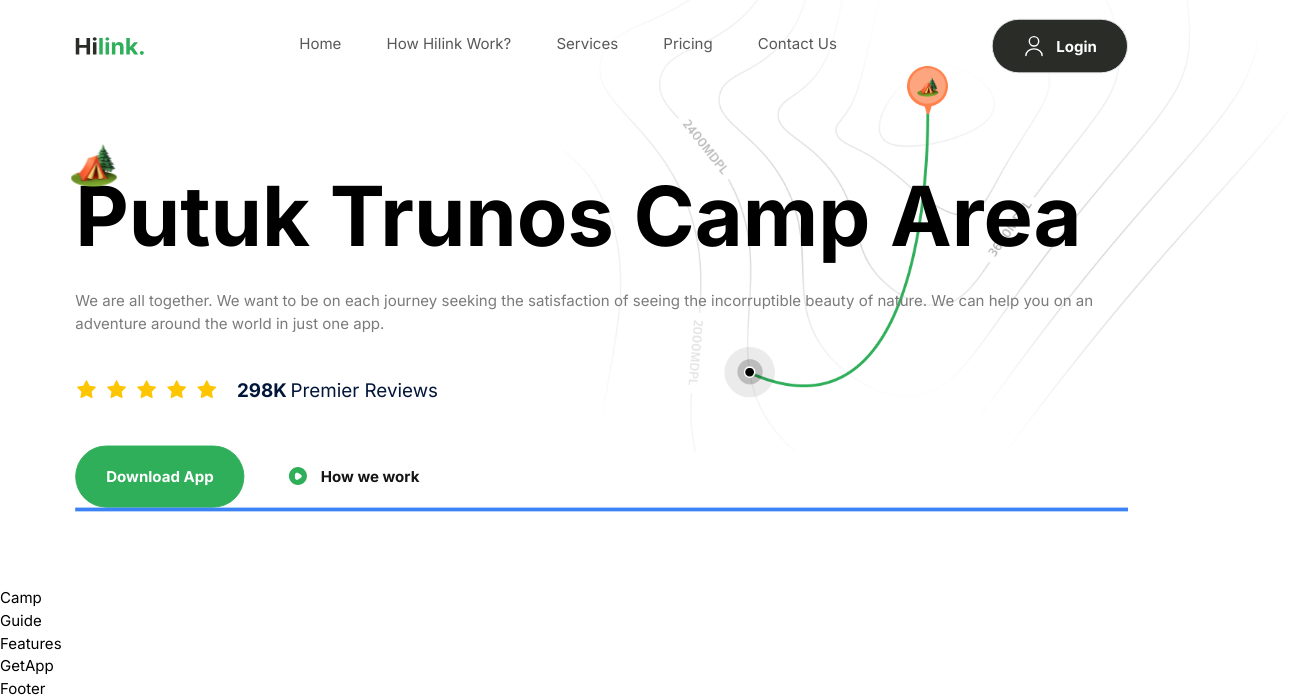
Repository: SouthpawC0der/Modern-reactsite
Page: /
An editor plug-in stored every save of this project. The page is shown before and after the next save, followed by the edit.
The browser window is 1280 px wide. The page is 1392 px wide, so the pictures cover 1392 px, including what lies to the right of the window. The pictures show the whole page, at 94% of full size.
The project was rebuilt for these pictures with package versions that can differ from the ones it lists, and the page was loaded fresh each time. The framework's server and built-in components were replaced by stand-ins that run in the browser. Also part of the build but not shown: next.config.ts.

Above is the page before, as saved 2025-01-30 11:41:18.

### app/layout.tsx
import type { Metadata } from "next";
import "./globals.css";
import Navbar from "@/components/Navbar";
import Footer from "@/components/Footer";

export default function RootLayout({
  children,
}: Readonly<{
  children: React.ReactNode;
}>) {
  return (
    <html lang="en">
      <body>
        <Navbar />
        <main className="relative-overflow-hidden">
        {children}
        </main>
        <Footer />
      </body>
    </html>
  );
}

### app/page.tsx
import Camp from "@/components/Camp";
import Features from "@/components/Features";
import GetApp from "@/components/GetApp";
import Guide from "@/components/Guide";
import Hero from "@/components/Hero";


export default function Home() {
  return (
    <>
    <Hero />
    <Camp />
    <Guide />
    <Features />
    <GetApp />
    </>
  );
}

### app/globals.css

@import url('https://fonts.googleapis.com/css2?family=Inter:wght@400;500;600;700;800&display=swap');

@tailwind base;
@tailwind components;
@tailwind utilities;

* {
  margin: 0;
  padding: 0;
  box-sizing: border-box;
}

body {
  font-family: Inter;
}

@layer utilities {
  .btn_white {
    @apply  border-white bg-white px-8 py-3 text-green-50
  }
  .btn_white_text  {
    @apply  border-white bg-white px-8 py-3 text-gray-90
  }
  .btn_green  {
    @apply  border-green-50 bg-green-50 px-8 py-5 text-white
  }
  .btn_dark_green {
    @apply  bg-green-90 px-8 py-4 text-white transition-all hover:bg-black
  }
  .btn_dark_green_outline  {
    @apply border-gray-20 bg-green-90 px-8 py-5 text-white
  }

  .max-container {
    @apply mx-auto max-w-[1440px];
  }

  .padding-container {
    @apply px-6 lg:px-20 3xl:px-0;
  }

  .flexCenter {
    @apply flex items-center justify-center;
  }

  .flexBetween {
    @apply flex items-center justify-between;
  }

  .flexStart {
    @apply flex items-center justify-start;
  }

  .flexEnd {
    @apply flex items-center justify-end;
  }

  /* FONTS */
  .regular-64 {
    @apply text-[64px] font-[400] leading-[120%];
  }

  .regular-40 {
    @apply text-[40px] font-[400] leading-[120%];
  }

  .regular-32 {
    @apply text-[32px] font-[400];
  }

  .regular-24 {
    @apply text-[24px] font-[400];
  }

  .regular-20 {
    @apply text-[20px] font-[400];
  }

  .regular-18 {
    @apply text-[18px] font-[400];
  }

  .regular-16 {
    @apply text-[16px] font-[400];
  }

  .regular-14 {
    @apply text-[14px] font-[400];
  }

  .medium-14 {
    @apply text-[14px] font-[600];
  }

  .bold-88 {
    @apply text-[88px] font-[700] leading-[120%];
  }

  .bold-64 {
    @apply text-[64px] font-[700] leading-[120%];
  }

  .bold-52 {
    @apply text-[52px] font-[700] leading-[120%];
  }

  .bold-40 {
    @apply text-[40px] font-[700] leading-[120%];
  }

  .bold-32 {
    @apply text-[32px] font-[700] leading-[120%];
  }

  .bold-20 {
    @apply text-[20px] font-[700];
  }

  .bold-18 {
    @apply text-[18px] font-[700];
  }

  .bold-16 {
    @apply text-[16px] font-[700];
  }

  /* Hero */
  .hero-map {
    @apply absolute right-0 top-0 h-screen w-screen bg-pattern-2 bg-cover bg-center md:-right-28 xl:-top-60;
  }

  /* Camp */
  .camp-quote {
    @apply absolute -right-6 bottom-4 w-[140px] lg:bottom-10 xl:-right-8 xl:w-[186px] 3xl:right-0;
  }

  /* Feature */
  .feature-phone {
    @apply absolute top-[13%] z-10 hidden max-w-[1500px] rotate-[15deg] md:-left-16 lg:flex  3xl:left-20;
  }

  /* Get App */
  .get-app {
    @apply max-container relative flex w-full  flex-col justify-between gap-32 overflow-hidden bg-green-90 bg-pattern bg-cover bg-center bg-no-repeat px-6 py-12 text-white sm:flex-row sm:gap-12 sm:py-24 lg:px-20 xl:max-h-[598px] 2xl:rounded-5xl;
  }
}

/* Hide scrollbar for Chrome, Safari and Opera */
.hide-scrollbar::-webkit-scrollbar {
  display: none;
}

/* Hide scrollbar for IE, Edge and Firefox */
.hide-scrollbar {
  -ms-overflow-style: none; /* IE and Edge */
  scrollbar-width: none; /* Firefox */
}

### components/Navbar.tsx
import { NAV_LINKS } from '@/constants'
import Image from 'next/image'
import Link from 'next/link'
import React from 'react'
import Button from './Button'

const Navbar = () => {
  return (
    <nav className='flexBetween max-container padding-container relative z-30 py-5'>
        <Link href="/">
          <Image src="/hilink-logo.svg" alt='logo' width={74} height={29} />
        </Link>

          <ul className='hidden h-full gap-12 lg:flex'>
             {NAV_LINKS.map((link) => (
                <Link href={link.href} key={link.key}
                className='regular-16 text-gray-50 flexCenter cursor-pointer pb-1.5 transition-all hover:font-bold'
                >
                    {link.label}
                </Link>
             ))}
          </ul>

          <div className='lg:flexCenter hidden'>
            <Button
            type='button'
            title='Login'
            icon='/user.svg'
            variant='btn_dark_green'
            />
          </div>

          <Image
          src='menu.svg'
          alt='menu'
          width={32}
          height={32}
          className='inline-block cursor-pointer lg:hidden'
          />
    </nav>
  )
}


export default Navbar

### components/Hero.tsx
import Image from 'next/image'
import React from 'react'
import Button from './Button'

const Hero = () => {
  return (
    <section className='max-container padding-container flex flex-col gap-20 py-10 pb-32 md:gap-28
     lg:py-20 xl:flex-row '>
        <div className='hero-map' />

        <div className='relative z-10 flex flex-1 flex-col xl:w-1/2'>
            <Image
            src='/camp.svg'
            alt='camp'
            width={50}
            height={50}
            className='absolute left-[-5px] top-[-30px] w-10 lg:w-[50px]'
             />
             <h1 className='bold-32 lg:bold-88'>Putuk Trunos Camp Area</h1>
             <p className='regular-16 mt-6 text-gray-30 xl:max-[520px]'>
                We are all together. We want to be on each journey seeking the
                satisfaction of seeing the incorruptible beauty of nature. We can
                help you on an adventure around the world in just one app.
             </p>

             <div className='my-11 flex flex-wrap gap-5'>
                <div className='flex items-center gap-2'>
                    {Array(5).fill(1).map((_, index) => (
                        <Image
                        src='/star.svg'
                        key={index}
                        alt='star'
                        width={24}
                        height={24}
                        />
                    ))}
                </div>
                <p className='bold-16 lg:bold-20 text-blue-70'>
                    298K
                    <span className='regular-16 lg:regular-20 ml-1'>Premier Reviews</span>
                </p>
             </div>
             <div className='flex flex-col w-full gap-3 sm:flex-row'>
                    <Button
                    type='button'
                    title='Download App'
                    variant='btn_green'
                    />
                    <Button
                    type='button'
                    title='How we work'
                    icon='/play.svg'
                    variant='btn_white_text'
                    />
             </div>
             <div className='relative flex flex-1 items-start border-2 border-blue-500 '>

             </div>
        </div>
    </section>
  )
}

export default Hero

### components/Button.tsx
import Image from 'next/image';
import React from 'react'

type ButtonProps = {
    type: 'button' | 'submit';
    title: string;
    icon?: string,
    variant: string
}

const Button = ( {type, title, icon, variant }: ButtonProps) => {
  return (
    <button
    className={`flexCenter gap-3 rounded-full border ${variant}`}
    type={type}

    >
        {icon && <Image src={icon} alt={title} width={24} height={24} />}
        <label className='bold-16 whitespace-nowrap'>{title}</label>
    </button>
  )
}

export default Button

Loaded but not shown: components/Footer.tsx (common file); components/Camp.tsx (common file); components/Features.tsx (common file); components/GetApp.tsx (common file); components/Guide.tsx (common file); constants/index.ts (common file); tailwind.config.ts (common file)

After the next save:
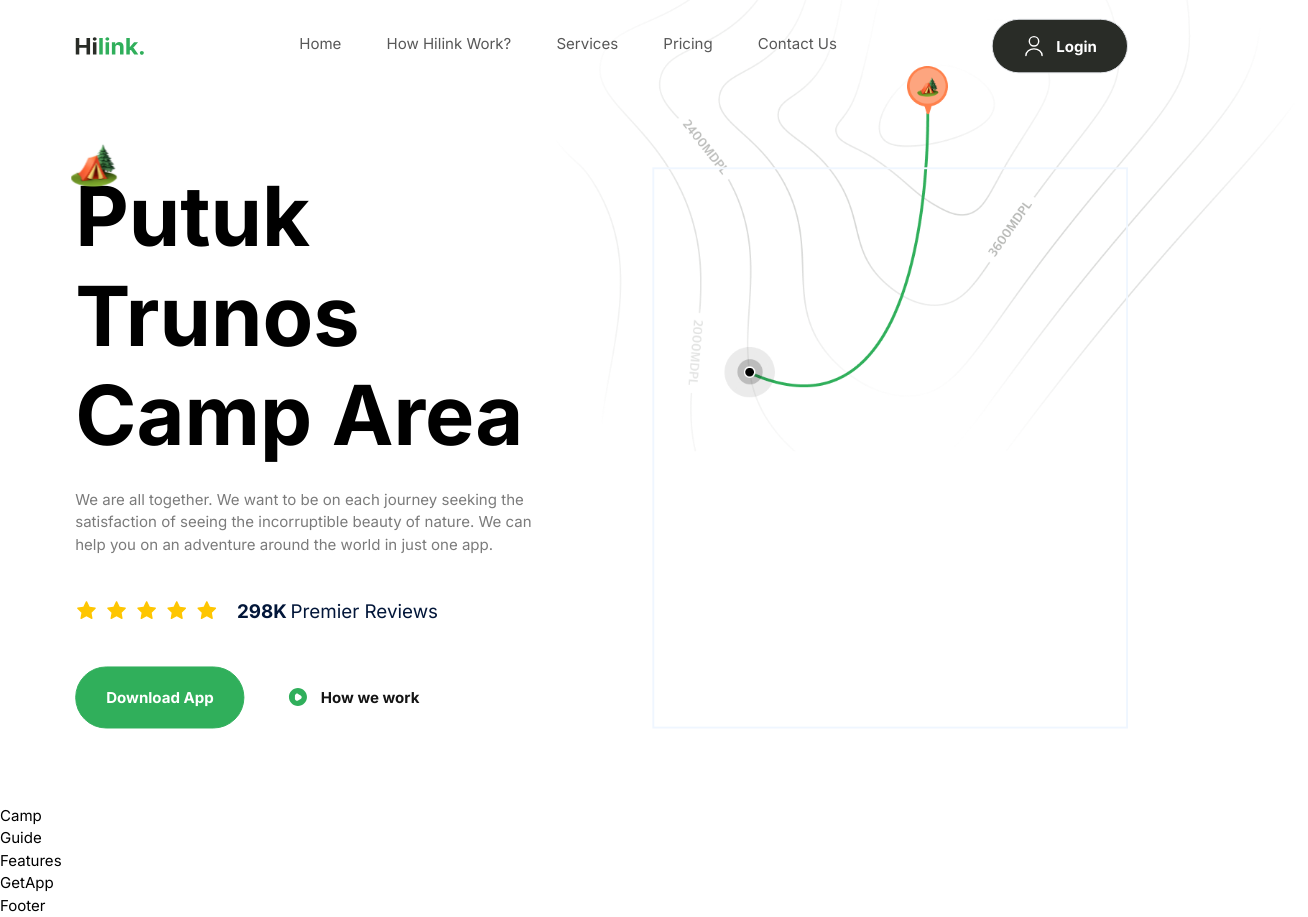
Saved 43 s later.
--- a/components/Hero.tsx
+++ b/components/Hero.tsx
@@ -53,9 +53,10 @@ const Hero = () => {
                     variant='btn_white_text'
                     />
              </div>
-             <div className='relative flex flex-1 items-start border-2 border-blue-500 '>
+        </div>
 
-             </div>
+        <div className='relative flex flex-1 items-start border-2 border-blue-50'>
+
         </div>
     </section>
   )
